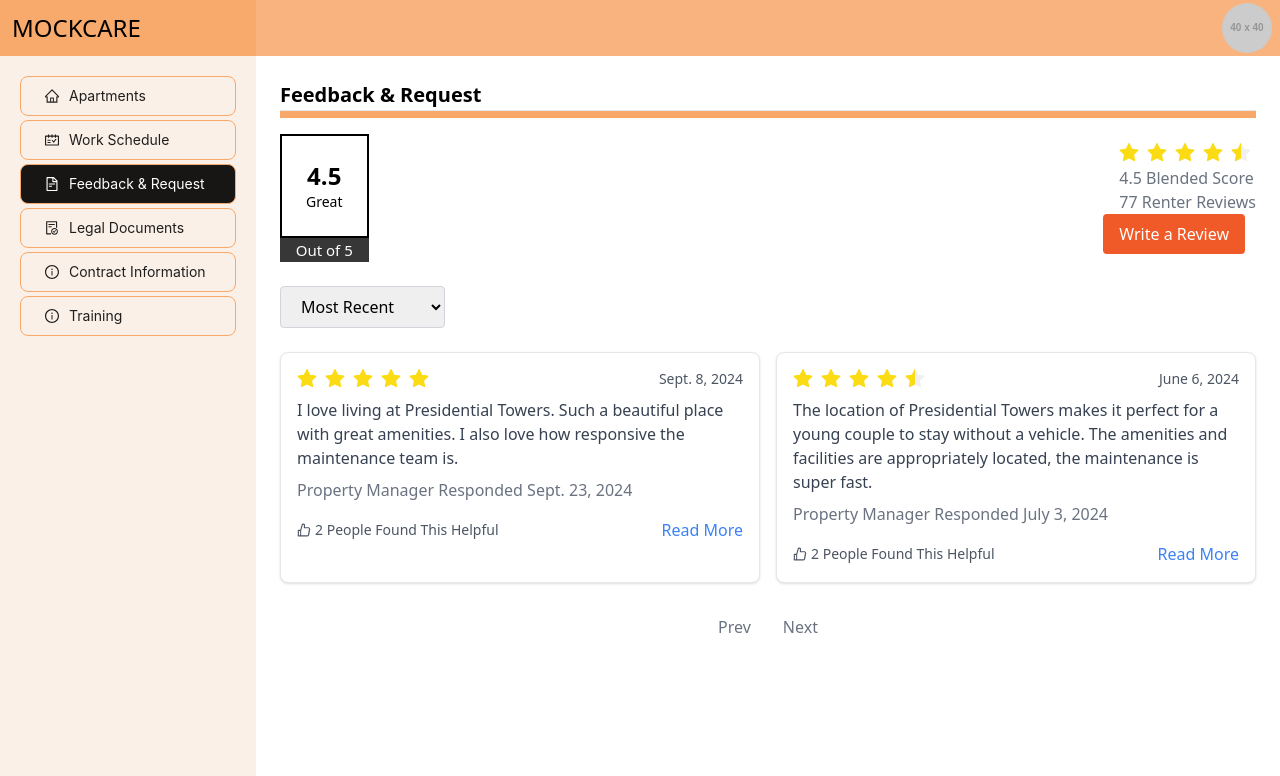
Repository: dunh-real/MockProject_102024_Nhom4
Page: / (app in frontend/)
These files come from the project's save history. The page is drawn as it stood at one moment and after the next save; the edit follows.
The browser window is 1280 px wide. The pictures show the whole page.
The project was rebuilt for these pictures with package versions that can differ from the ones it lists, and the page was loaded fresh each time. Also part of the build but not shown: frontend/vite.config.js, frontend/vite.config.ts, frontend/src/App.css, frontend/src/component/ReviewModal.tsx.

Above is the page before, as saved 2024-10-09 13:10:25.

After the next save:
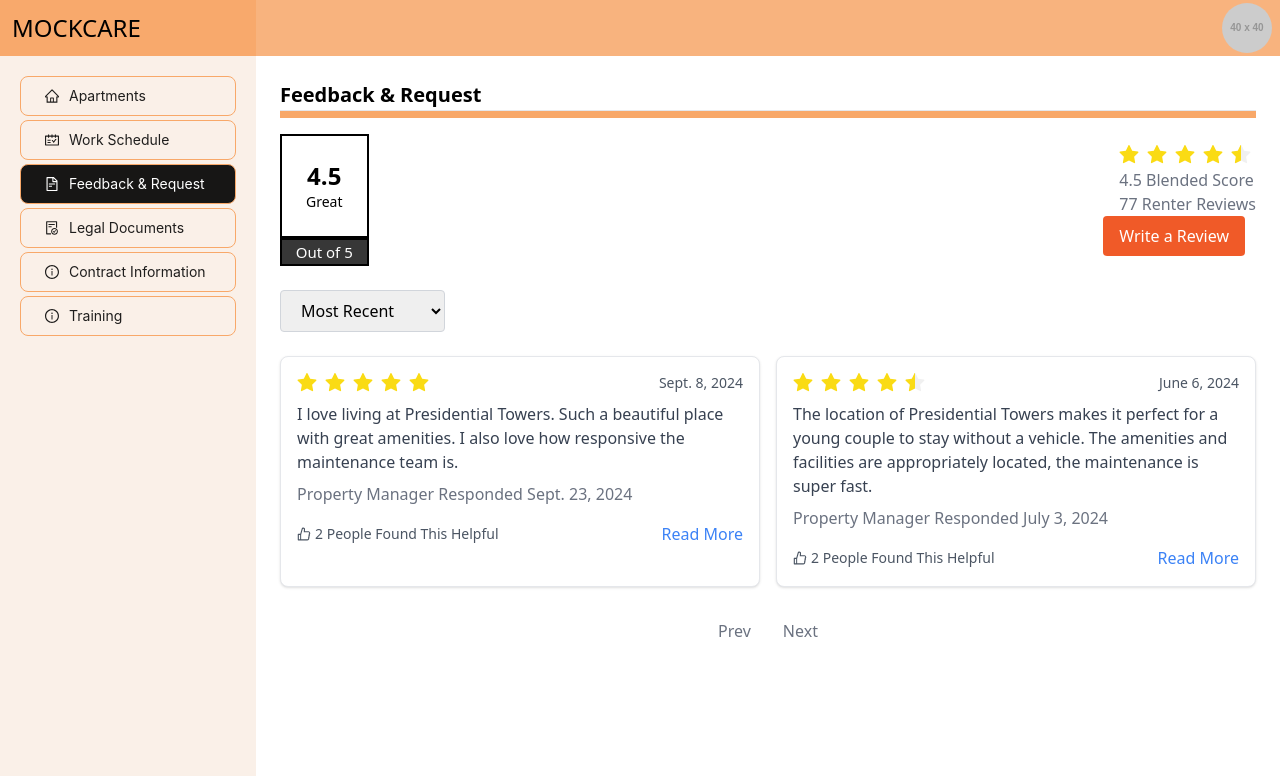
Saved 6 s later.
--- a/frontend/src/pages/Feedback&Request/Feedback&Request.tsx
+++ b/frontend/src/pages/Feedback&Request/Feedback&Request.tsx
@@ -71,7 +71,7 @@ const ReviewList: React.FC = () => {
                                 </div>
 
                             </div>
-                            <div className="text-xs w-full bg-[#000000c8]">
+                            <div className="text-xs w-full border-black border-2 bg-[#000000c8]">
                                 <p className='text-white p-1 text-[15px] text-center'>Out of 5</p>
                             </div>
                         </div>
